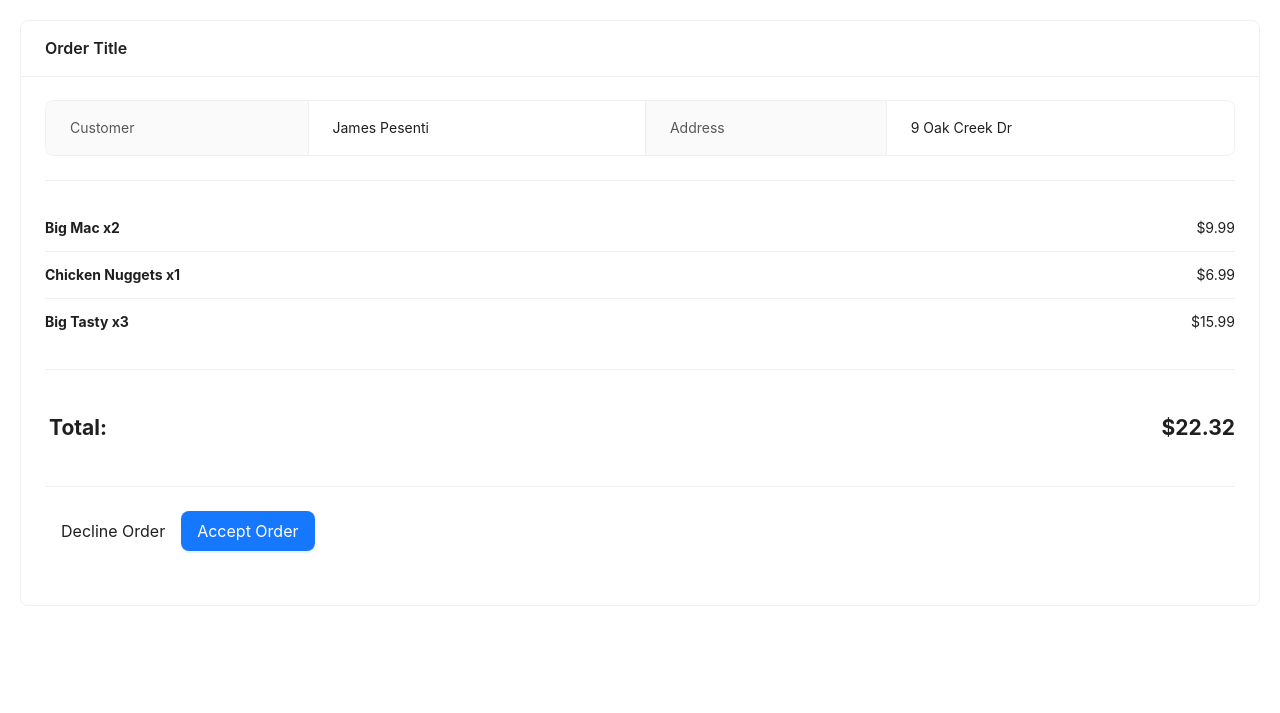
Repository: JamesPesenti/UberEatsDashboard
Page: /
An editor plug-in stored every save of this project. The page is shown before and after the next save, followed by the edit.
The browser window is 1280 px wide. The pictures show the whole page.
The project was rebuilt for these pictures with package versions that can differ from the ones it lists, and the page was loaded fresh each time.

Above is the page before, as saved 2023-02-25 07:13:38.

After the next save:
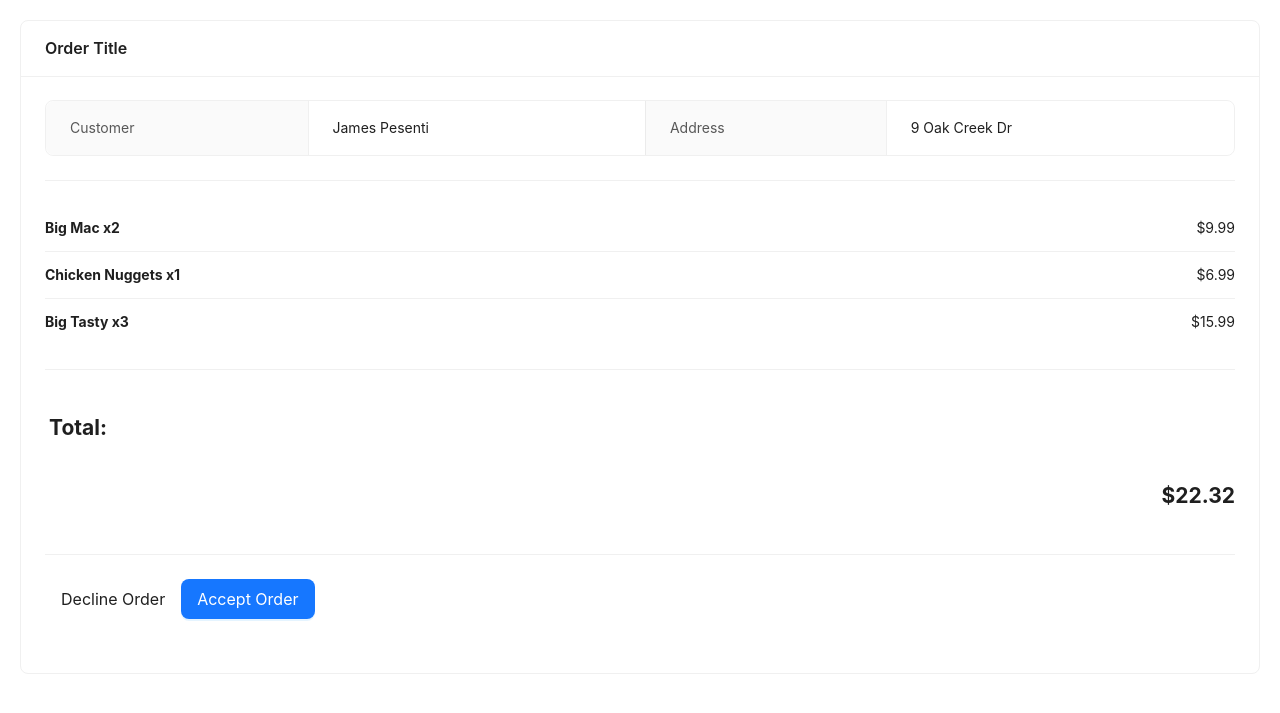
Saved 8 s later.
--- a/src/App.js
+++ b/src/App.js
@@ -42,7 +42,7 @@
 
 const styles = {
   totalContainer: {
-    flexDirection: "row",
+    flexDirection: "column",
     display: "flex",
     paddingLeft: 4
   },

After the save that followed:
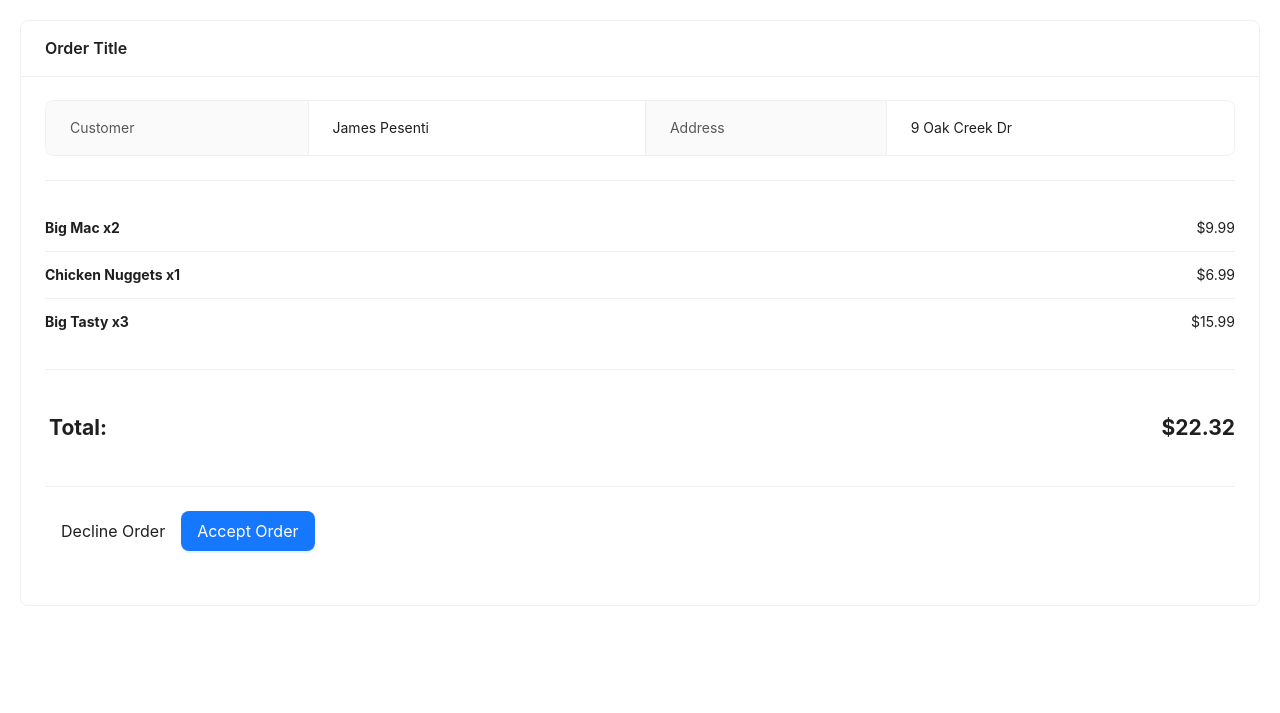
Saved 7 s later.
--- a/src/App.js
+++ b/src/App.js
@@ -42,7 +42,7 @@
 
 const styles = {
   totalContainer: {
-    flexDirection: "column",
+    flexDirection: "row",
     display: "flex",
     paddingLeft: 4
   },
